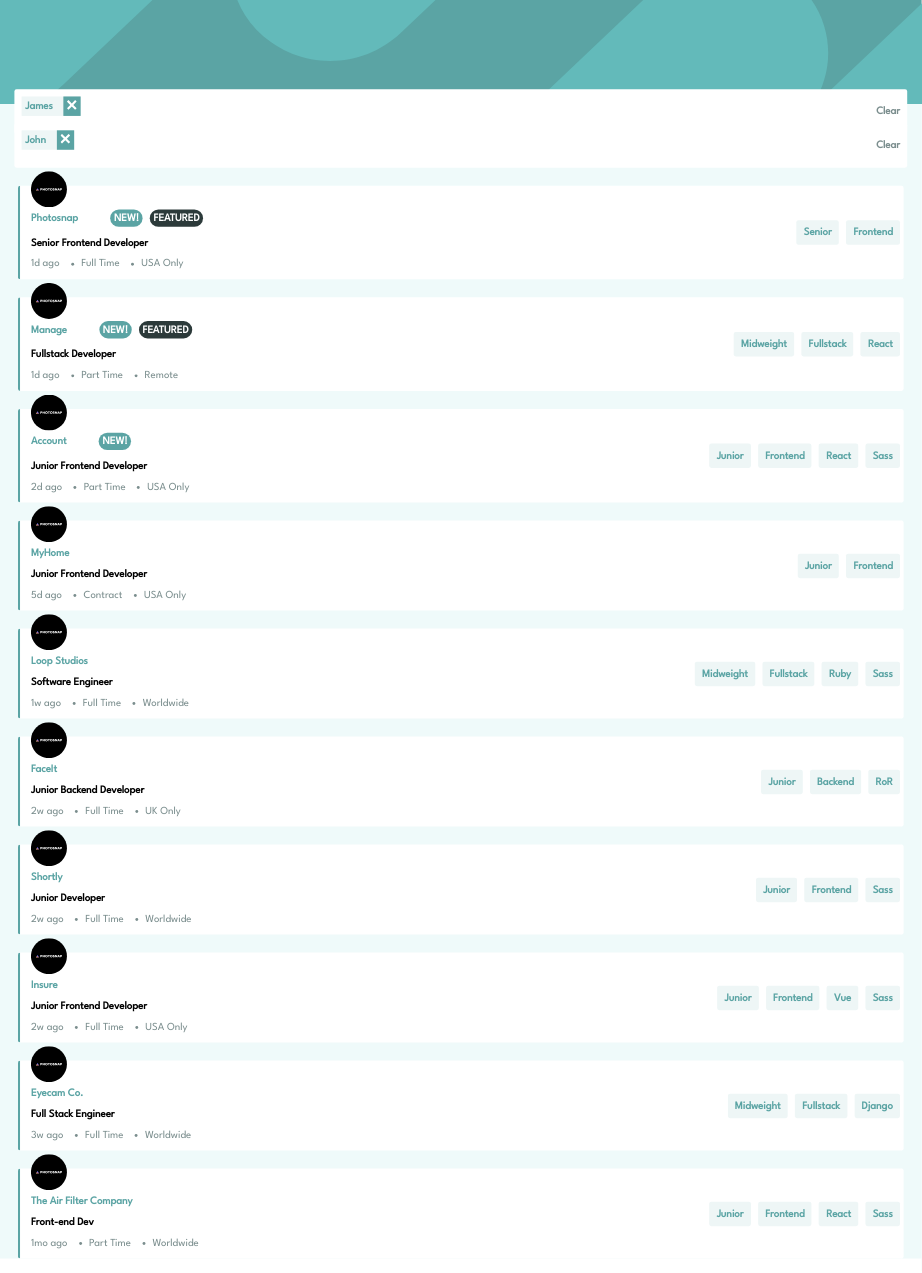
Repository: DevLaukey/job-listing
Page: /
These files come from the project's save history. The page is drawn as it stood at one moment and after the next save; the edit follows.
The browser window is 1280 px wide. The pictures show the whole page, at 72% of full size.
Some web fonts or font styles are not loaded; a fallback is used. The project was rebuilt for these pictures with package versions that can differ from the ones it lists, and the page was loaded fresh each time.

Above is the page before, as saved 2022-06-03 11:47:37.

### src/App.js
import "./App.css";
import Filter from "./components/Filter";
import Header from "./components/Header";
import Tablet from "./components/Tablet";
import data from "./data.json";

function App() {
  const tablets = data.map((data) => <Tablet
    key={data.id}
    company={data.company}
    neew={data.new}
    featured={data.featured}
    position={data.position}
    role={data.role}
    level={data.level}
    postedAt={data.postedAt}
    contract={data.contract}
    location={data.location}
    languages={data.languages}
    tools={data.tools}
    logo={data.logo} />);


  return (
    <div className="App">
      <Header />
      <Filter />
      <div className="content">{tablets}</div>
    </div>
  );
}

export default App;

### src/App.css
@import url('https://fonts.googleapis.com/css2?family=Grape+Nuts&family=League+Spartan&display=swap');
*{
  margin: 0;
  padding: 0;
  box-sizing: border-box;
}
.App{
  background-color: hsl(180, 52%, 96%);
  font-size: 15px;
}

### src/components/Filter.js
import React, { useState } from 'react'
import icon from "./images/icon-remove.svg";
function Filter() {



    const [people, setPeople] = useState(
      [
        {
          name: "James",
          age: 31,
        },
        {
          name: "John",
          age: 45,
        },
        {
          name: "Paul",
          age: 65,
        },
        {
          name: "Ringo",
          age: 49,
        },
        {
          name: "George",
          age: 34,
        },
      ]
    );
    // setTheArray([...theArray, newElement]);

const filtered = people
  .filter( name => name.name.includes("J"))
    .map((filteredPerson) =>
    <div className="tablet filter">
      <div className="option">
        <p className="front-end">{filteredPerson.name}</p>
        <div className="icon">
            <img
              onClick={() => {
                filtered.shift(filteredPerson)
                console.log(people)
              }}
              src={icon} alt="" />
        </div>
      </div>

      <div className="clear">
                <p onClick={() => setPeople([])}>Clear</p>
      </div>
    </div>
    );
    return (
        <>
            { filtered}</>
  );
}

export default Filter

### src/components/Header.js
import React from 'react'
import "./styles.css"

function Header() {
  return (
    <header className='header'></header>
  )
}

export default Header

### src/components/Tablet.js
import React, { useState } from "react";
import "./styles.css";
import logos from "./images/photosnap.svg";
function Tablet({ key, company, logo, neew, featured, position, role, level, postedAt, contract, location, languages, tools }) {
    // const logos = require(logo).default;
    // console.log(logos)
  // const [tags, setTags] = useState([]);
    return (
      <div className="tablet boarder">
        <div className="tablet_content">
          <img className="image" src={logos} alt="" />

          <div className="heading">
            <div className="company">
              <p>{company}</p>
            </div>
            <div>{neew && <p className="new">NEW!</p>}</div>
            <div>{featured && <p className="featured">FEATURED</p>}</div>
          </div>
          <div className="title">
            <p>{position}</p>
          </div>
          <div className="details">
            <p>{postedAt}</p>
            <ul className="list">
              <li>{contract}</li>
              <li className="country">{location}</li>
            </ul>
          </div>
          <hr className="line" />
        </div>
        <div className="tags">
          <p className="category">
            {level}
          </p>
          <p className="category">
            {role}
          </p>
          {/* {languages.map((language) => (setTags(language)
            ))} */}
            {/* <p key={language} className="category" id="category">

              {language}
            </p> */}

          {tools.map((tool) => (
            <p className="category" >
              {tool}
            </p>
          ))}
        </div>
      </div>
    );
}

export default Tablet;

### src/components/styles.css
.header {
  background-image: url(../assets/bg-header-mobile.svg);
  padding: 10vh;
  background-color: hsl(180, 29%, 50%);
}
.tablet {
  background-color: white;
  margin: 25px 25px 20px 25px;
  font-family: "League Spartan", sans-serif;
  border-radius: 3px;
  font-weight: 700;
}
.boarder {
  border-left: 3px solid hsl(180, 29%, 50%);
}
.tablet_content {
  margin-left: 15px;
  margin-right: 25px;
  align-items: center;
}
.image {
  height: 50px;
  margin-top: -20px;
}
.heading {
  display: flex;
}
.company {
  color: hsl(180, 29%, 50%);
  margin-right: 3em;
  margin-top: 5px;
}
.new {
  background-color: hsl(180, 29%, 50%);
  padding: 5px;
  color: white;
  border-radius: 25px;
  margin-right: 10px;
}
.featured {
  background-color: hsl(180, 14%, 20%);
  padding: 5px;
  color: white;
  border-radius: 25px;
}
.title {
  margin-top: 15px;
}
.details {
  display: flex;
  color: hsl(180, 8%, 52%);
  font-weight: 400;
  margin-top: 15px;
  margin-bottom: 15px;
}
.list {
  display: flex;
  margin-left: 2em;
}
.country {
  margin-left: 2em;
}
.line {
  margin-bottom: 15px;
  color: gray;
}
.tags {
  color: hsl(180, 29%, 50%);
  display: flex;
  flex-wrap: wrap;
}
.category {
  background-color: hsl(180, 31%, 95%);
  padding: 10px;
  border-radius: 3px;
  margin: 5px;
}

.filter {
  display: flex;
  padding: 10px;
  border-radius: 3px;
  margin: -20px 20px 5px 20px;
  flex-wrap: wrap;
  justify-content: space-between;
}
.option {
    background-color: hsl(180, 31%, 95%);
  color: hsl(180, 29%, 50%);
  display: flex;
  align-items: center;
  width : fit-content;
  margin-bottom: 15px;
}
.front-end{
 padding: 5px;
}
.icon {
  margin-left: 10px;
 flex-grow: 1;
 height:100%;
 padding: 5px;
  background-color: hsl(180, 29%, 50%);
}
.clear{
      color: hsl(180, 8%, 52%);

}
/* media query */

@media screen and (min-width: 768px) {
  .header {
    background-image: url(../assets/bg-header-desktop.svg);
  }
  .line {
    display: none;
  }
  .tablet {
    display: flex;
    align-items: center;
    justify-content: space-between;
  }
}

Loaded but not shown: public/index.html (common file); src/index.js (common file); src/index.css (common file); src/reportWebVitals.js (common file); src/data.json (common file)

After the next save:
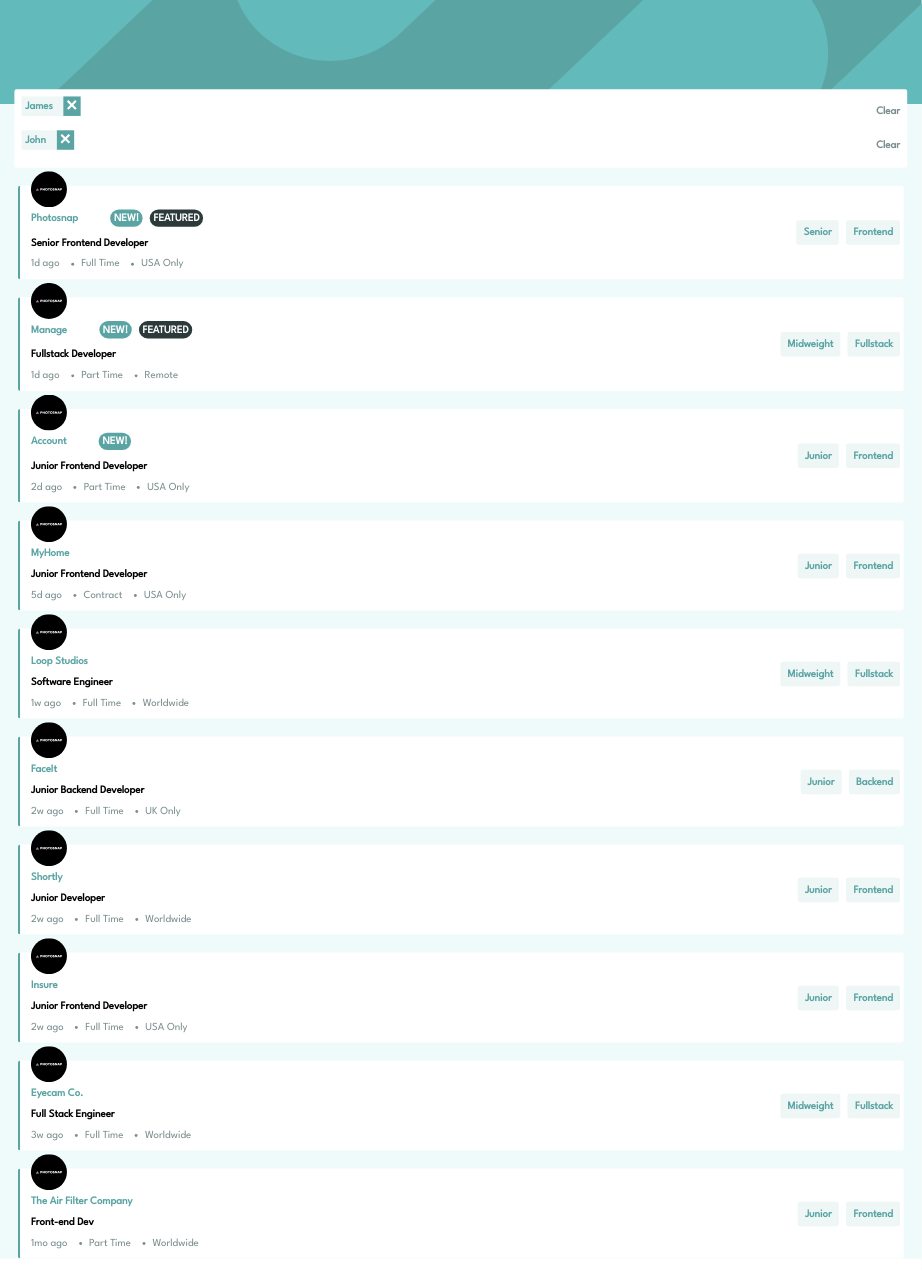
Saved 69 s later.
--- a/src/components/Tablet.js
+++ b/src/components/Tablet.js
@@ -5,6 +5,8 @@ function Tablet({ key, company, logo, neew, featured, position, role, level, pos
     // const logos = require(logo).default;
     // console.log(logos)
   // const [tags, setTags] = useState([]);
+  const categories = Array.prototype.push.apply(languages,tools);
+console.log(categories);
     return (
       <div className="tablet boarder">
         <div className="tablet_content">
@@ -43,11 +45,11 @@ function Tablet({ key, company, logo, neew, featured, position, role, level, pos
               {language}
             </p> */}
 
-          {tools.map((tool) => (
+          {/* {tools.map((tool) => (
             <p className="category" >
               {tool}
             </p>
-          ))}
+          ))} */}
         </div>
       </div>
     );
